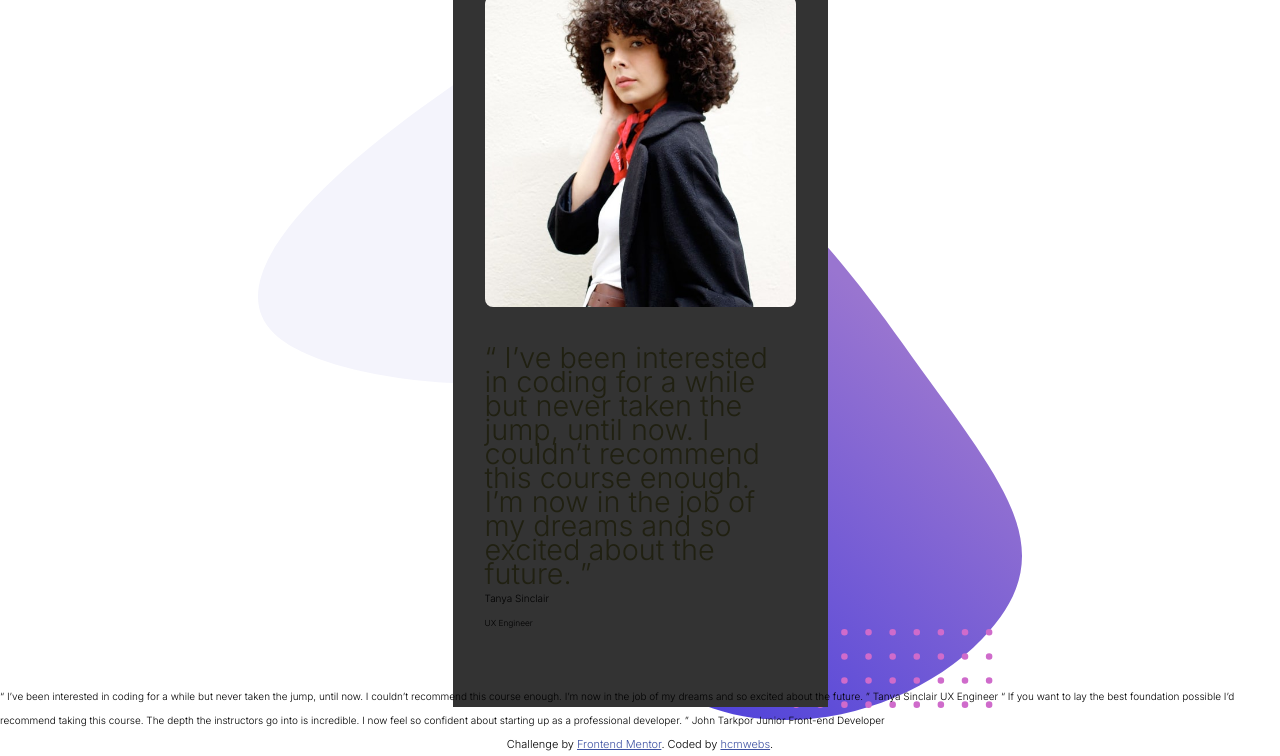
Repository: Hcmwebs/Coding-Bootcamp-Testimonials
Page: index.html
These files come from the project's save history. The page is drawn as it stood at one moment and after the next save; the edit follows.
The browser window is 1280 px wide. The pictures show the whole page.
The style sheet was rebuilt from its Sass, Less or Tailwind sources for each picture, by a compiler version that may differ from the author's.

Above is the page before, as saved 2020-10-29 15:41:52.

After the next save:
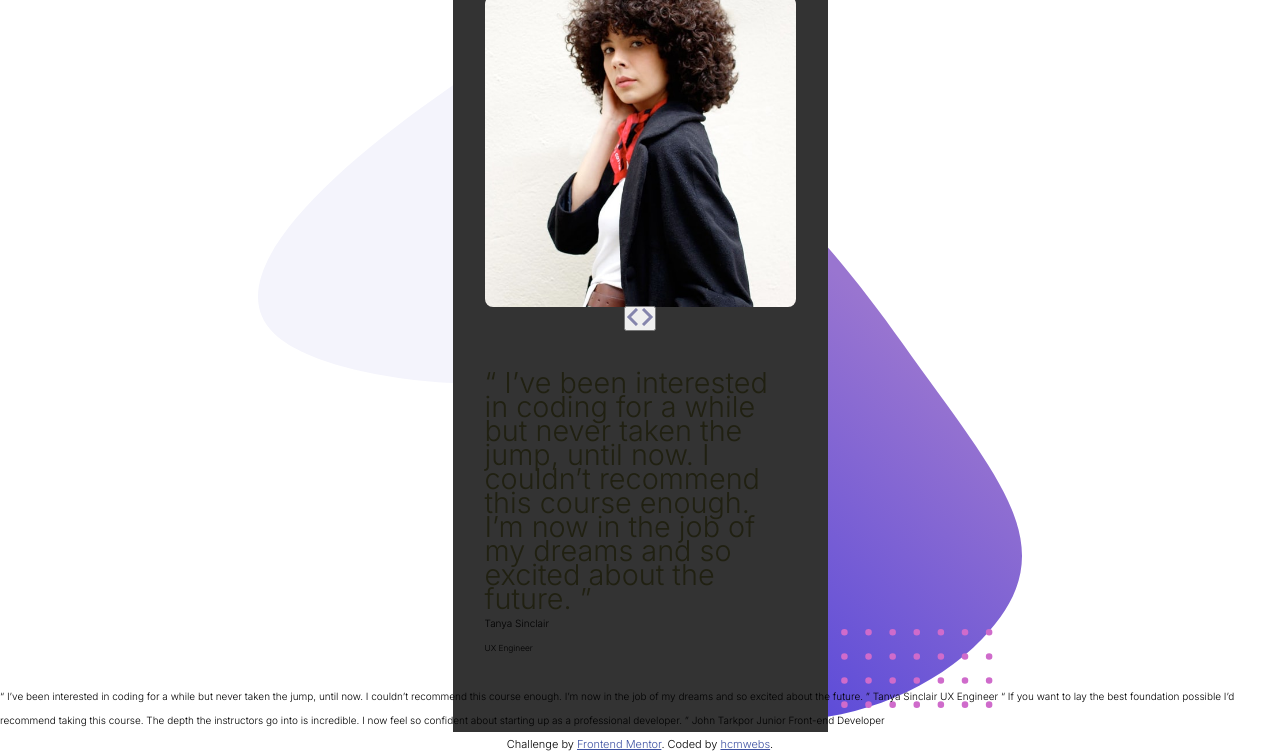
Saved 6 min 10 s later.
--- a/index.html
+++ b/index.html
@@ -35,6 +35,10 @@
             id="profileTanya"
           />
         </div>
+        <button id="buttons">
+          <img src="images/icon-prev.svg" alt="" />
+          <img src="images/icon-next.svg" alt="" />
+        </button>
         <div class="card__body">
           <h2>
             “ I’ve been interested in coding for a while but never taken the
